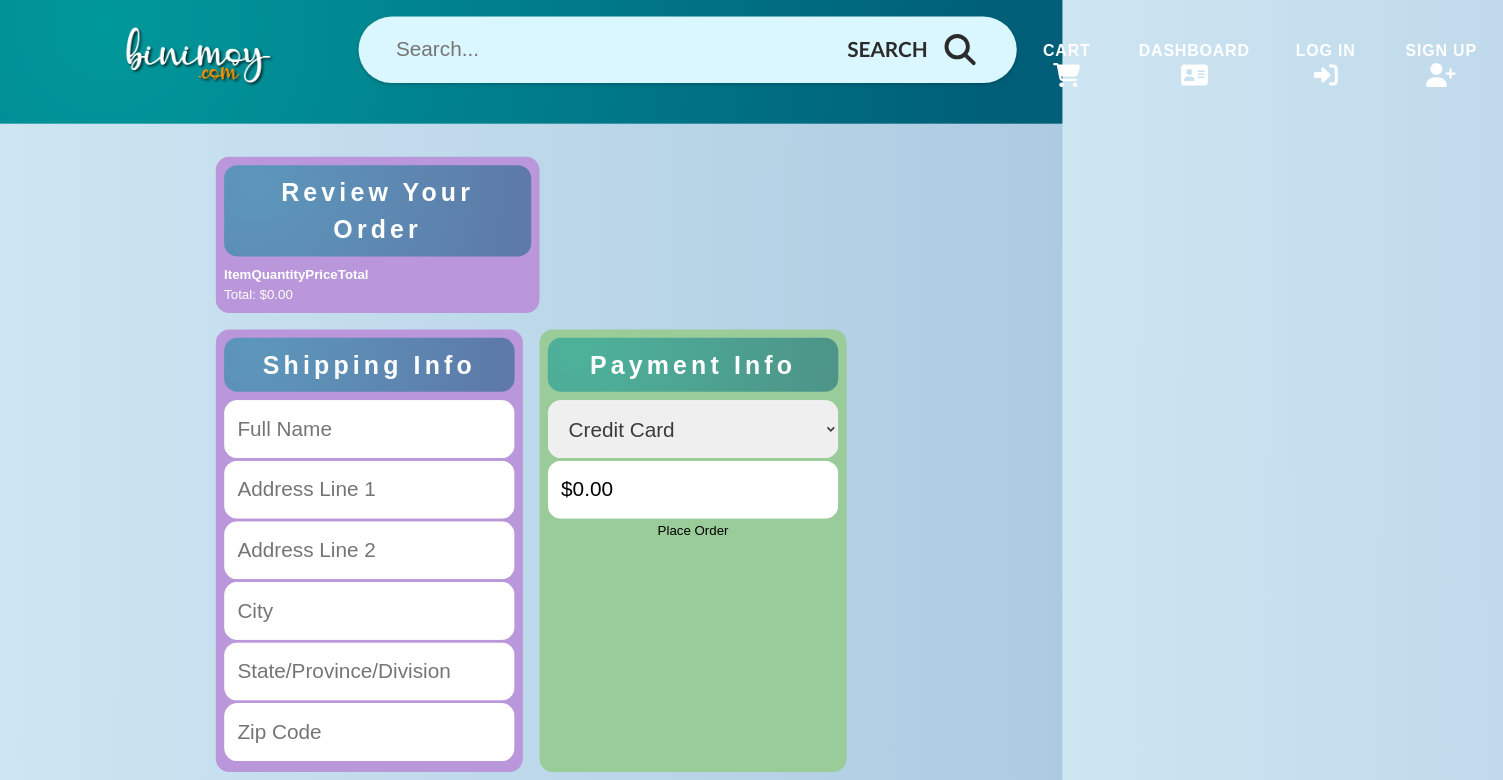
Repository: Shadman2024/2_1_DatabaseProject
Page: /checkout (app in frontend/)
An editor plug-in stored every save of this project. The page is shown before and after the next save, followed by the edit.
The browser window is 1280 px wide. The page is 1811 px wide, so the pictures cover 1811 px, including what lies to the right of the window. The pictures show the whole page, at 83% of full size.
Some web libraries are served in a nearby version. The project was rebuilt for these pictures with package versions that can differ from the ones it lists, and the page was loaded fresh each time. Also part of the build but not shown: frontend/src/App.css, frontend/src/signUp/signup.js, frontend/src/logIn/login.js, frontend/src/Home/home.module.css, frontend/src/Home/hero.js, frontend/src/Home/hero2.js, frontend/src/Home/hero3.js, frontend/src/Home/smallcategory.module.css and 31 more.

Above is the page before, as saved 2024-03-08 15:28:04.

After the next save:
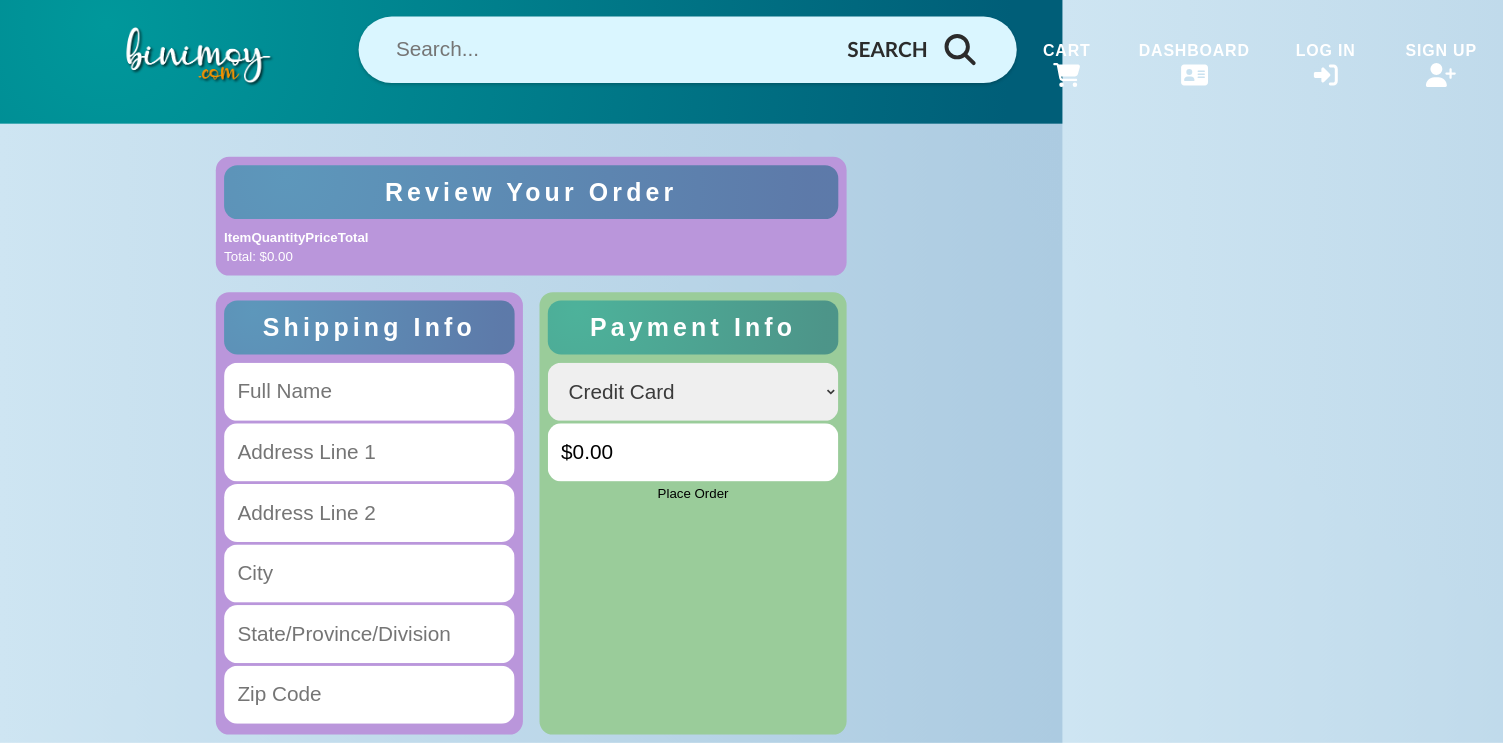
Saved 17 s later.
--- a/frontend/src/checkout/checkout.module.css
+++ b/frontend/src/checkout/checkout.module.css
@@ -11,7 +11,7 @@
 .cartReview{
     background-color: #ba96db;
     padding: 10px;
-    width: 50%;
+    /* width: 50%; */
     margin: 10px;
     border-radius: 1rem 1rem 1rem 1rem;
 }
